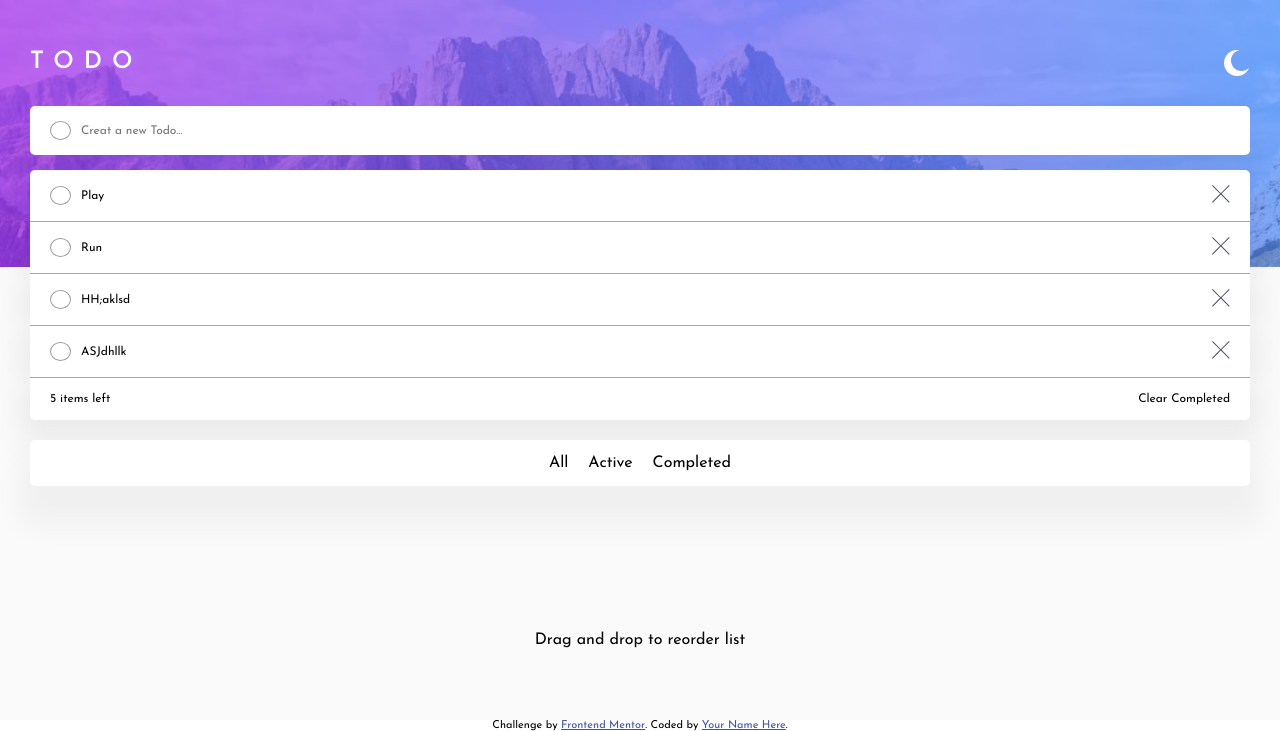
Repository: Baraajad231/Todo-app
Page: /
The author's editor kept a copy of each file at every save. The page is drawn from the files as they stood at one save, then again after the next save.
The browser window is 1280 px wide. The pictures show the whole page.
The project was rebuilt for these pictures with package versions that can differ from the ones it lists, and the page was loaded fresh each time. Also part of the build but not shown: vite.config.js.

Above is the page before, as saved 2025-12-29 12:39:46.

After the next save:
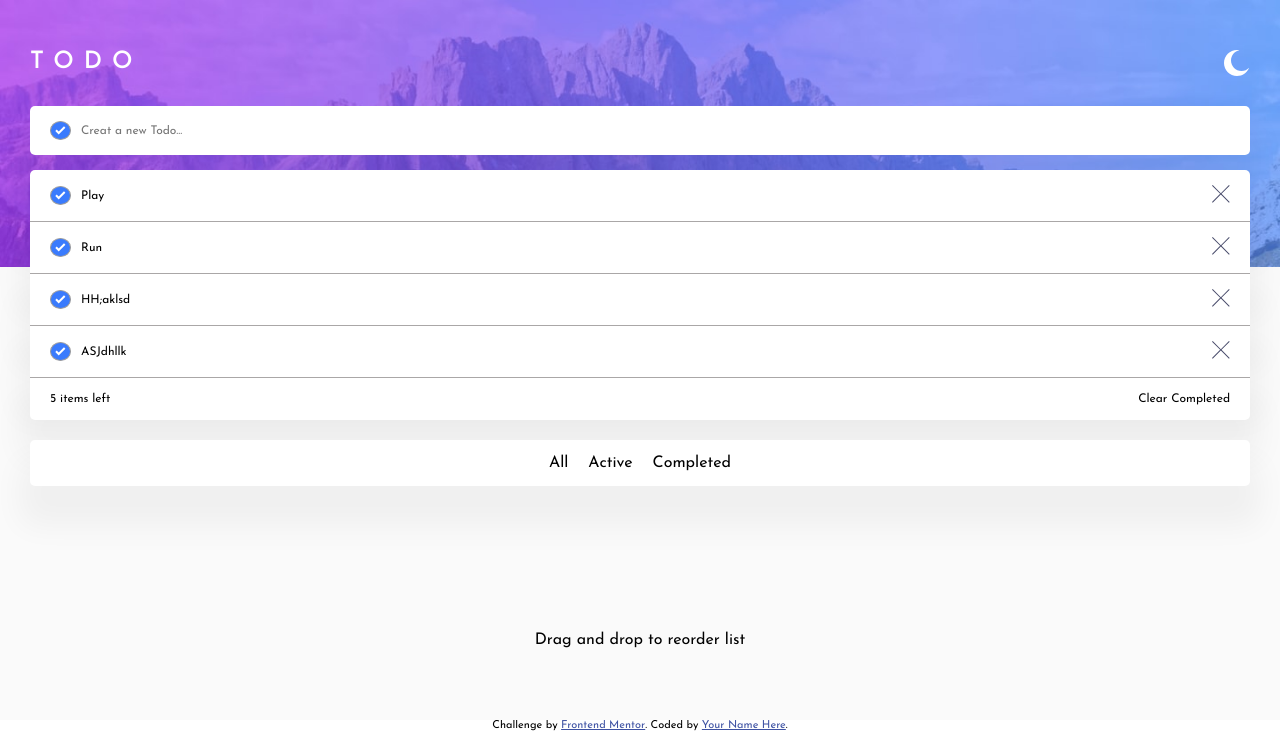
Saved 78 s later.
--- a/styles/style.scss
+++ b/styles/style.scss
@@ -121,7 +121,7 @@
       & .checkbox {
         border: 1px solid rgb(156, 155, 155);
         border-radius: 50%;
-        background-color: var(--gradient-check);
+        background-color: var(--color-primary);
         margin-right: 1rem;
         display: flex;
         align-items: center;

After the save that followed:
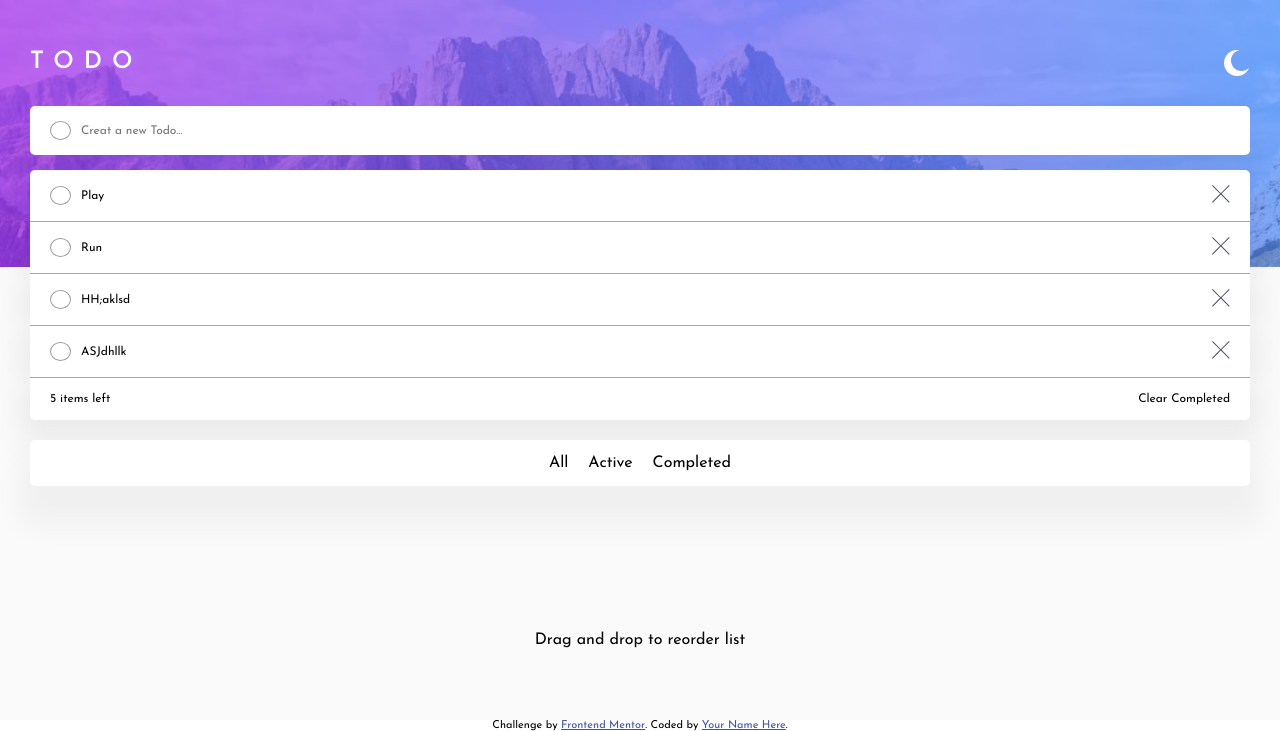
Saved 12 s later.
--- a/styles/style.scss
+++ b/styles/style.scss
@@ -121,7 +121,7 @@
       & .checkbox {
         border: 1px solid rgb(156, 155, 155);
         border-radius: 50%;
-        background-color: var(--color-primary);
+        background-color: var(--gradient-check);
         margin-right: 1rem;
         display: flex;
         align-items: center;
